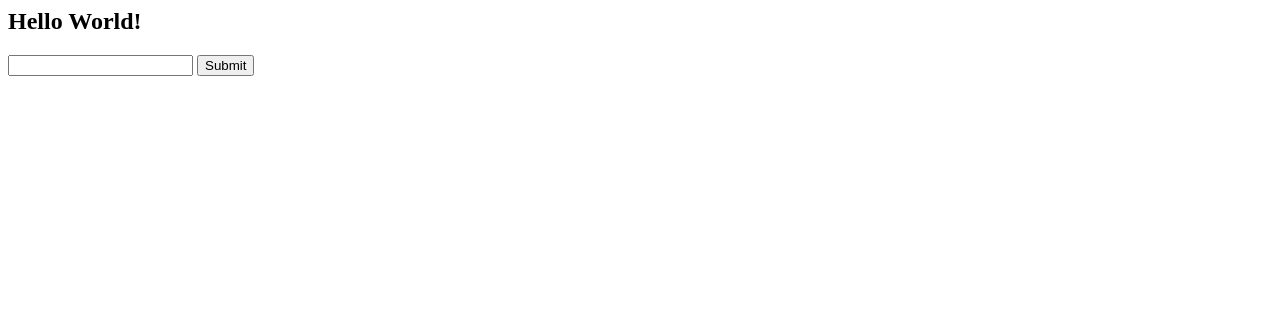
Repository: Devanshujatav/Servlet-JSP
Page: http://localhost/Proj-01-Servlet_JSP_Demo/
These files come from the project's save history. The page is drawn as it stood at one moment and after the next save; the edit follows.
The browser window is 1280 px wide. The pictures show the whole page.
The page is served by Tomcat 10. Nobody is signed in. The application's start-up code is not run.

Above is the page before, as saved 2025-08-16 06:00:45.

After the next save:
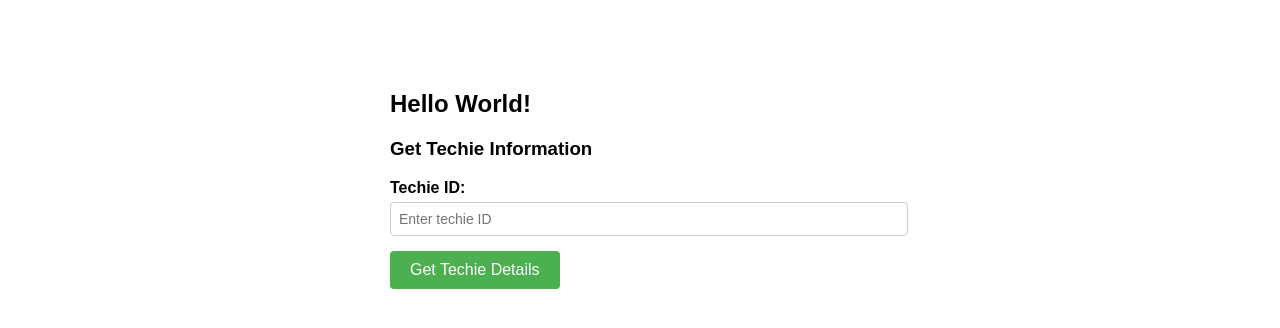
Saved 6 min 15 s later.
--- a/Proj-01-Servlet_JSP_Demo/src/main/webapp/index.jsp
+++ b/Proj-01-Servlet_JSP_Demo/src/main/webapp/index.jsp
@@ -1,9 +1,80 @@
+<!DOCTYPE html>
 <html>
+<head>
+    <meta charset="UTF-8">
+    <title>Get Techie Information</title>
+    <style>
+        body {
+            font-family: Arial, sans-serif;
+            max-width: 500px;
+            margin: 50px auto;
+            padding: 20px;
+        }
+        .form-group {
+            margin-bottom: 15px;
+        }
+        label {
+            display: block;
+            margin-bottom: 5px;
+            font-weight: bold;
+        }
+        input[type="text"] {
+            width: 100%;
+            padding: 8px;
+            border: 1px solid #ccc;
+            border-radius: 4px;
+            font-size: 14px;
+        }
+        input[type="submit"] {
+            background-color: #4CAF50;
+            color: white;
+            padding: 10px 20px;
+            border: none;
+            border-radius: 4px;
+            cursor: pointer;
+            font-size: 16px;
+        }
+        input[type="submit"]:hover {
+            background-color: #45a049;
+        }
+        .error {
+            color: red;
+            font-weight: bold;
+        }
+    </style>
+</head>
 <body>
-<h2>Hello World!</h2>
-	<form action="getTechies">
-		<input type="text" name="aid">
-		<input type="submit">
-	</form>
+    <h2>Hello World!</h2>
+    <h3>Get Techie Information</h3>
+
+    <form action="getTechies" method="get">
+        <div class="form-group">
+            <label for="aid">Techie ID:</label>
+            <input type="text" id="aid" name="aid" placeholder="Enter techie ID" required>
+        </div>
+        <div class="form-group">
+            <input type="submit" value="Get Techie Details">
+        </div>
+    </form>
+
+    <script>
+        // Optional: Add client-side validation
+        document.querySelector('form').addEventListener('submit', function(e) {
+            const aidInput = document.getElementById('aid');
+            const aidValue = aidInput.value.trim();
+
+            if (!aidValue) {
+                alert('Please enter a Techie ID');
+                e.preventDefault();
+                return;
+            }
+
+            if (!/^\d+$/.test(aidValue)) {
+                alert('Please enter a valid numeric ID');
+                e.preventDefault();
+                return;
+            }
+        });
+    </script>
 </body>
 </html>
